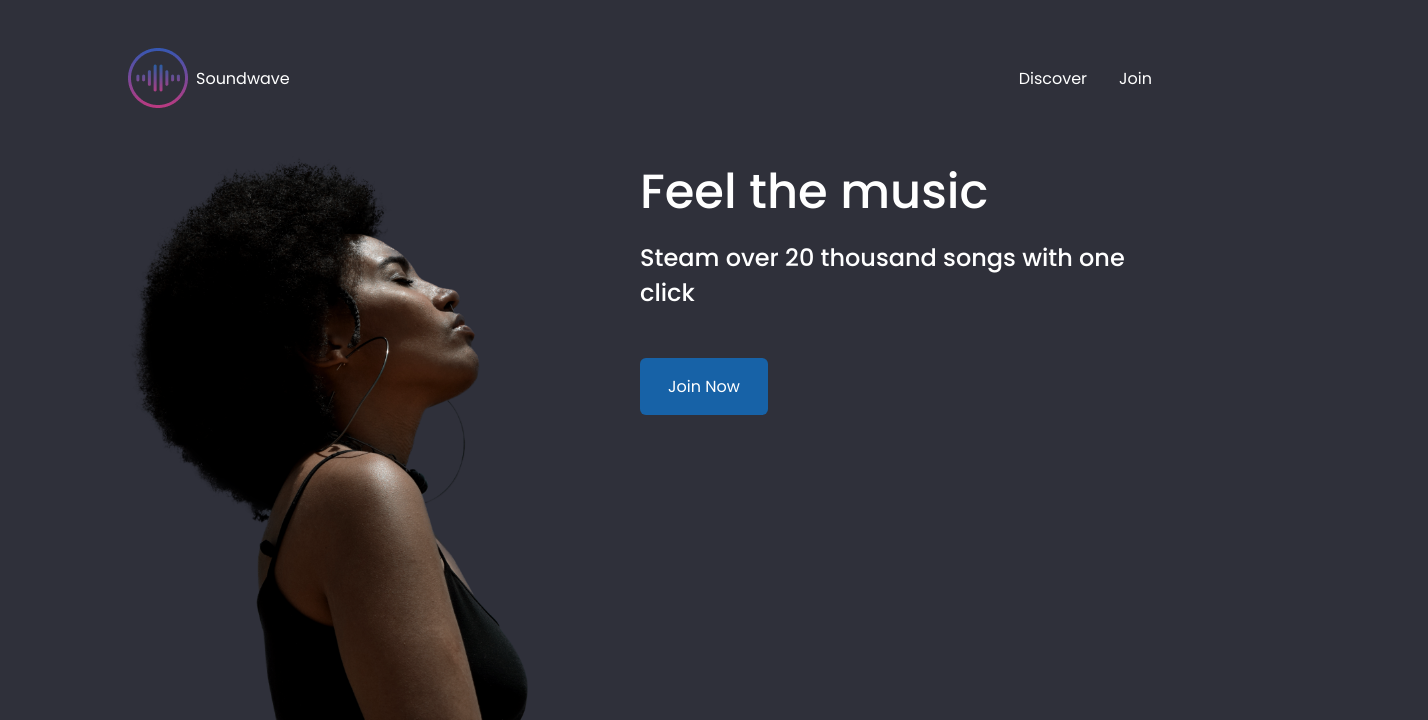
Repository: Hiiiij/soundwave
Page: pages/index.html
An editor plug-in stored every save of this project. The page is shown before and after a run of saves, followed by the edit.
The browser window is 1280 px wide. The page is 1280 px wide, then 1428 px, so the pictures cover 1428 px, including what lies to the right of the window. The pictures show the whole page.

Above is the page before, as saved 2020-06-30 13:12:53.

### pages/index.html
<!DOCTYPE html>
<html lang="en">
  <head>
    <meta charset="UTF-8" />
    <meta name="viewport" content="width=device-width, initial-scale=1.0" />
    <link rel="stylesheet" href="../style.css">
    <title>Soundwave</title>
  </head>
  <body class="main-container page-content">
    <header class="header">
        <!-- <div class="main-container"> -->
        <a href="/" class="logo">
          <img src="../assets/icons/logo.png" alt="logo-soundwave" />
          <span class="logotype">Soundwave</span>
        </a>
        <nav class="header-nav">
          <ul>
            <li>
              <a href="/pages/discover.html">Discover</a>
            </li>
            <li>
              <a href="/pages/join.html">Join</a>
            </li>
          </ul>
        </nav>
       <!-- </div>  -->
    </header>
    <section class="home-main">
      <div class="img-wrapper">
        <div class="img">
        </div>
      </div>

      <div class="heading">
        <h1 class="title">Feel the music</h1>
        <h2 class="subt">Steam over 20 thousand songs with one click</h2>
        <a href="/pages/join.html" class="button-primary">Join Now</a>
      </div>



    </section>
  </body>
</html>

### style.css
@import url("https://fonts.googleapis.com/css?family=Poppins:400,500,700");

*,
*::before,
*::after {
  box-sizing: border-box;
}

:root {
  /* colors  */
  --main-bg-color: #2f303a;
  --pink-circle: #3d3141;
  --blue-circle: #2f3446;
  --footer-bg: #202027;
  --primary-link-hover: #a07fe8;
  --button-primary: #1762a7;
  --button-hover: #3a90e1;
  --accent-text: #bc3a80;
  --primary-text: #ffffff;
  --link-hover: #ffb515;

  /* typography */
  --h4-font-size: 1rem;
  --h1-font-size: 3rem;
  --h2-font-size: 1.5rem;
  /* --accent-font-size: 1.25rem; */
  --btn-text: 0.75rem;
  --font-bold:500;

  /* breakpoitns */
  --xs-breakpoint: 0px;
  --sm-breakpoint: 600px;
  --md-breakpoint: 960px;
  --lg-breakpoint: 1280px;
  --xl-breakpoint: 1920px;
}

/* general style*/
body {
  padding: 0;
  margin: 0;
  font-family: "Poppins", sans-serif;
  background-color: var(--main-bg-color);
  color: var(--primary-text);
  font-size: var( --h4-font-size);
  min-height:100vh;
}

.page-content{
  display:flex;
  flex-direction:column;
}
.main-container{
  max-width: 80vw;
  max-height:100vh;
  margin:0 auto;
}

.header{
  display:flex;
  justify-content:space-between;
  align-items:center;
  /* height:8rem; */
  padding: 3rem 0;
}

.logo{
  display:flex;
  align-items:center;
  color:inherit;
  font-size: var(--h3-font-size);
  text-decoration:none;
}

.logotype{
  margin-left: .5rem;
}

.header-nav ul{
display: flex;
list-style:none;
margin:0;
padding:0;
}

.header-nav > ul > li:not(:last-child) {
  margin-right: 2rem;
}

.header-nav a {
text-decoration: none;
color: inherit;
}

.header-nav a:hover{
  color: var(--link-hover)
}

/* .heading{
  margin-top:0;
  margin-bottom: 0;
} */

.title{
  font-weight: var(--font-bold);
  font-size: var(--h1-font-size);
  margin-bottom: 0;
  margin-top:0;

}
 .subt{
   font-weight:var(--font-bold);
   font-size: var(--h2-font-size);
   margin-top: .75rem;
   margin-bottom:3rem;

 }
.button-primary {
  border:0;
  padding-top: 1rem;
  padding-bottom: 1rem;
  width: 8rem;
  display: inline-block;
  border-radius: 6px;
  background-color: var(--button-primary);
  text-align: center;
  color: var(--primary-text);
  text-decoration: none;

}

.home-main{
display:flex;
align-items:stretch;
flex-grow:1;
justify-content: space-between;
}

.home-main .img-wrapper{
display:flex;
flex-grow:1;
flex-direction: column;
align-items:stretch;
justify-content:flex-end;

}

.home-main .img{
  background-image: url(./assets/images/landing-page-girl.png);
  background-repeat: no-repeat;
  flex-grow:1;
  max-height: 80vh;
  min-width:40vw;
  background-size: contain;
  background-position: 0 bottom;
  align-items: center;
  justify-content: flex-end;
  z-index:1;
}

After the next 2 saves:
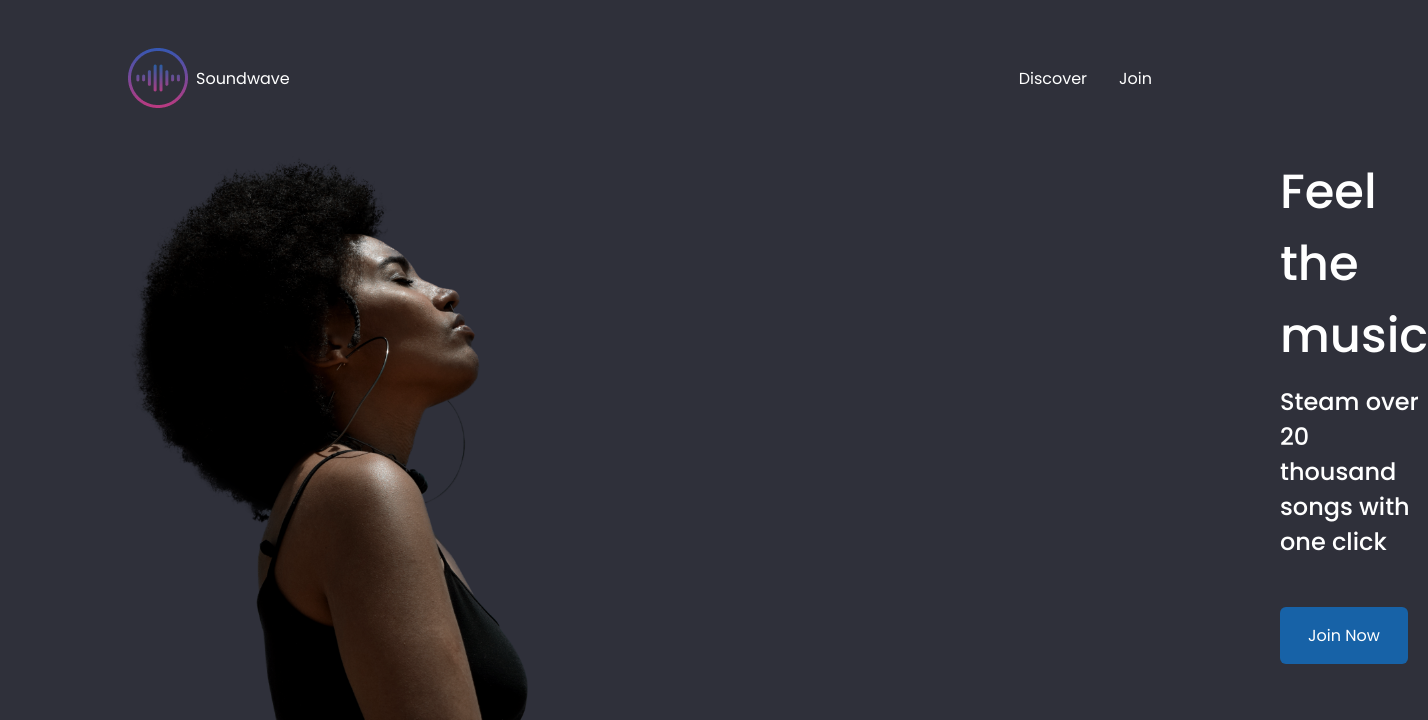
The 2 saves are shown as one change because they came seconds apart.
The last was saved 20 s later.
--- a/style.css
+++ b/style.css
@@ -150,7 +150,7 @@ justify-content:flex-end;
   background-repeat: no-repeat;
   flex-grow:1;
   max-height: 80vh;
-  min-width:40vw;
+  min-width:90vw;
   background-size: contain;
   background-position: 0 bottom;
   align-items: center;
